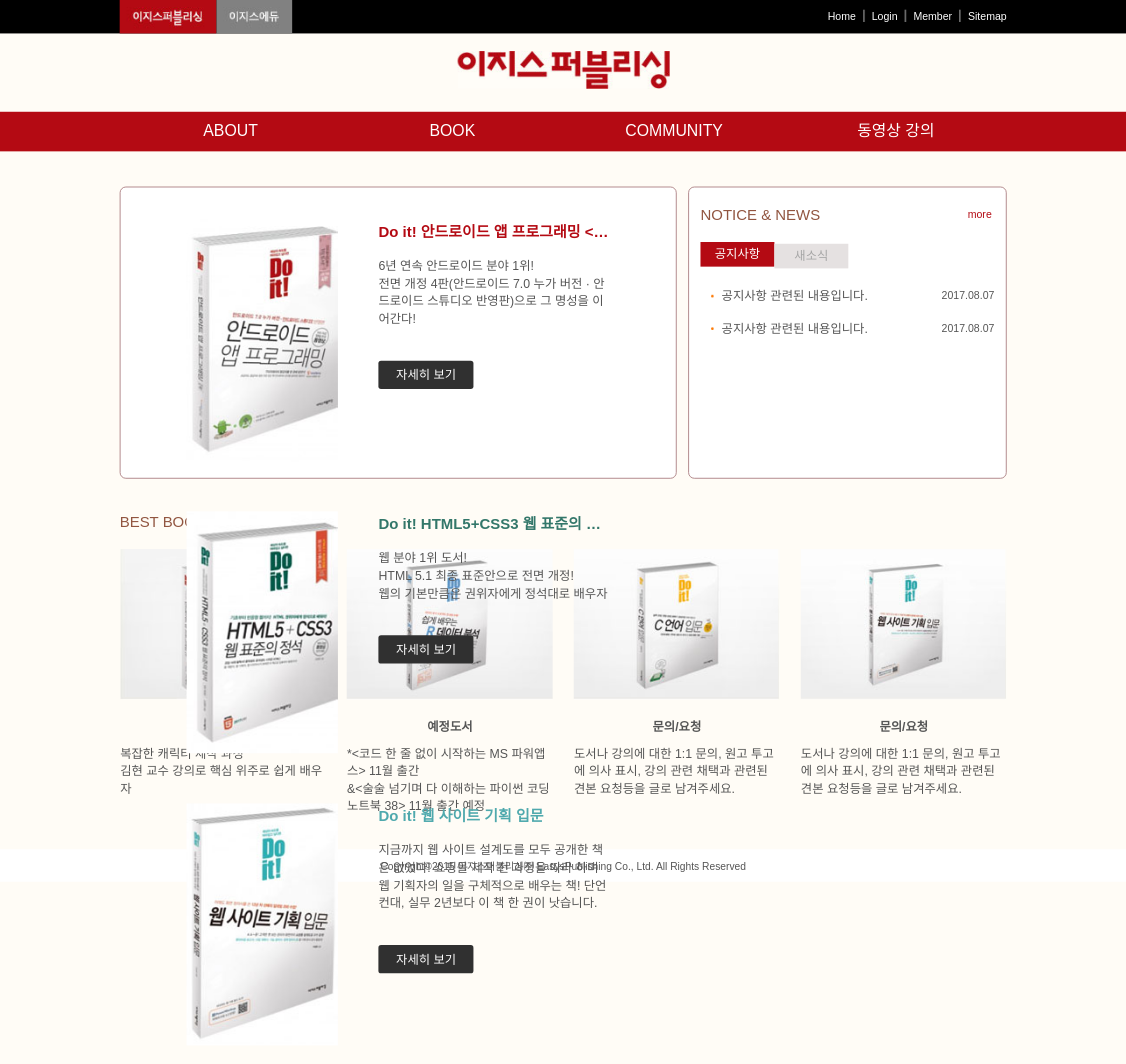
Repository: yeonddu/green_js
Page: pro01/testys/index.html
These files come from the project's save history. The page is drawn as it stood at one moment and after a run of saves; the edit follows.
The browser window is 1280 px wide. The pictures show the whole page, at 88% of full size.

Above is the page before, as saved 2022-12-26 05:14:10.

### pro01/testys/index.html
<!DOCTYPE html>
<html lang="ko">
<head>
<meta charset="UTF-8">
<meta name="viewport" content="width=device-width, user-scalable=no, initial-scale=1.0, maximum-scale=1.0, minimum-scale=1.0">
<title> 이지스 퍼블리싱 | HOME </title>
<link rel="stylesheet" href="css/common.css">
<link rel="stylesheet" href="css/main.css">
<link rel="stylesheet" href="css/section.css">
<script src="js/jquery.js"></script>
<script src="js/jquery.bxslider.min.js"></script>
<script src="js/isotope.pkgd.min.js"></script>
<script src="js/common.js"></script>
<script src="js/main.js"></script>
<!--[if lt IE 9]>
	<script src="js/html5shiv.js"></script>
	<script src="js/PIE.js"></script>
	<script>
		$(function(){
			if (window.PIE) {
				$('.rounded').each(function() {
								PIE.attach(this);
				});
			}
		});
	</script>
	<style>
		body{min-width:1024px;}
	</style>
<![endif]-->
</head>
<body>
	<!--헤더 영역-->
	<div id="header-wrap">
		<header class="header-inner">
			<h1>
				<a href="#">
				<picture>
					<source media="(max-width:800px)" srcset="images/common/logo-white.png">
					<img src="images/common/logo.jpg" alt="이지스 퍼블리싱">
				</picture>
				</a>
			</h1>
			<p class="mobile-menu-open">
				<button>
					<span class="blind">메뉴 열기</span>
					<span></span>
					<span></span>
					<span></span>
				</button>
			</p>
			<div class="mobile-menu-wrap">
				<div class="mobile-menu-scroll">
					<ul class="site-choice">
						<li><a href="#"><img src="images/common/top-tab-1-ov.jpg" alt="이지스 퍼블리싱"></a></li>
						<li><a href="#"><img src="images/common/top-tab-2.jpg" alt="이지스 에듀"></a></li>
					</ul>
					<ul class="util-menu">
						<li><a href="#">Home</a></li>
						<li><a href="#">Login</a></li>
						<li><a href="#">Member</a></li>
						<li><a href="#">Sitemap</a></li>
					</ul>
					<nav id="gnb">
						<h2 class="blind">메인메뉴</h2>
						<ul>
							<li class="m1">
								<a href="#" >ABOUT</a>
								<ul>
									<li><a href="#">이지스 퍼블리싱(주) 소개</a></li>
									<li><a href="#">뉴스와 홍보자료</a></li>
									<li><a href="#">찾아오시는 길</a></li>
								</ul>
							</li>
							<li class="m2">
								<a href="#">BOOK</a>
								<ul>
									<li><a href="#">전체 보기</a></li>
									<li><a href="#">분야별 보기</a></li>
									<li><a href="#">시리즈 보기</a></li>
									<li><a href="#">전자책 보기</a></li>
									<li><a href="#">이지스 에듀 도서 보기</a></li>
								</ul>
							</li>
							<li class="m3">
								<a href="#">COMMUNITY</a>
								<ul>
									<li><a href="#">공지사항</a></li>
									<li><a href="#">뉴스</a></li>
									<li><a href="#">이벤트</a></li>
									<li><a href="#">자료실</a></li>
									<li><a href="#">질문과 답변</a></li>
								</ul>
							</li>
							<li class="m4 no-sub">
											<a href="#">동영상 강의</a>
							</li>
						</ul>
					</nav>
				</div>
				<p class="mobile-menu-close">
					<button>
						<span class="blind">메뉴닫기</span>
						<span></span>
						<span></span>
					</button>
				</p>
			</div>
		</header>
	</div>
	<!--//헤더 영역-->
	<!--콘테이너 영역-->
	<div id="container">
		<section id="main-visual" class="rounded">
			<h3 class="blind">HOT BOOK</h3>
			<ul class="main-visual-slide">
				<li>
					<div class="visual-item-wrap item1">
					<h4 class="visual-title">Do it! 안드로이드 앱 프로그래밍 &lt;전면 개정 4판&gt;</h4>
					<p>
						<span> 6년 연속 안드로이드 분야 1위!<br>
						전면 개정 4판(안드로이드 7.0 누가 버전 · 안드로이드 스튜디오 반영판)으로 그 명성을 이어간다!</span>
					</p>
					<p class="detail-view"><a href="#">자세히 보기</a></p>
					</div>
				</li>
				<li>
					<div class="visual-item-wrap item2">
					<h4 class="visual-title">Do it! HTML5+CSS3 웹 표준의 정석 &lt;개정판&gt;</h4>
					<p>
						<span> 웹 분야 1위 도서! <br>
						HTML 5.1 최종 표준안으로 전면 개정!<br>
						웹의 기본만큼은 권위자에게 정석대로 배우자</span>
					</p>
					<p class="detail-view"><a href="#">자세히 보기</a></p>
					</div>
				</li>
				<li>
					<div class="visual-item-wrap item3">
					<h4 class="visual-title">Do it! 웹 사이트 기획 입문</h4>
					<p>
						<span> 지금까지 웹 사이트 설계도를 모두 공개한 책은 없었다! 쇼핑몰 제작 전 과정을 따라 하며 웹 기획자의 일을 구체적으로 배우는 책! 단언컨대, 실무 2년보다 이 책 한 권이 낫습니다.</span>
					</p>
					<p class="detail-view"><a href="#">자세히 보기</a></p>
					</div>
				</li>
			</ul>
		</section>
		<section id="notice-tab-wrap" class="rounded">
			<h3 class="sec-tit-1">NOTICE &amp; NEWS</h3>
			<h4 class="tab-btn-1"><a href="#" class="on">공지사항</a></h4>
			<div class="tab-container-1">
				<ul>
					<li><a href="#">공지사항 관련된 내용입니다.</a><span>2017.08.07</span></li>
					<li><a href="#">공지사항 관련된 내용입니다.</a><span>2017.08.07</span></li>
				</ul>
				<p class="icon-more"><a href="#">more</a></p>
			</div>
			<h4 class="tab-btn-2"><a href="#">새소식</a></h4>
			<div class="tab-container-2">
				<p class="no-write">등록된 내용이 없습니다.</p>
			</div>
		</section>
		<section id="best-book-wrap">
			<h3 class="sec-tit-1">BEST BOOK</h3>
			<ul class="best-book-list grid">
				<li class="grid-item">
					<p><a href="#"><img src="images/main/main-best-1.jpg" alt=""></a></p>
					<div class="best-book-title">추천강의</div>
					<div class="best-book-contents"><p>복잡한 캐릭터 제작 과정<br>김현 교수 강의로 핵심 위주로 쉽게 배우자</p></div>
				</li>
				<li class="grid-item">
					<p><a href="#"><img src="images/main/main-best-2.jpg" alt=""></a></p>
					<div class="best-book-title">예정도서</div>
					<div class="best-book-contents"><p>*<코드 한 줄 없이 시작하는 MS 파워앱스> 11월 출간<br>&<술술 넘기며 다 이해하는 파이썬 코딩 노트북 38> 11월 출간 예정</div>
				</li>
				<li class="grid-item">
					<p><a href="#"><img src="images/main/main-best-4.jpg" alt=""></a></p>
					<div class="best-book-title">문의/요청</div>
					<div class="best-book-contents"><p>도서나 강의에 대한 1:1 문의, 원고 투고에 의사 표시, 강의 관련 채택과 관련된 견본 요청등을 글로 남겨주세요. </p></div>
				</li>
				<li class="grid-item">
					<p><a href="#"><img src="images/main/main-best-5.jpg" alt=""></a></p>
					<div class="best-book-title">문의/요청</div>
					<div class="best-book-contents"><p>도서나 강의에 대한 1:1 문의, 원고 투고에 의사 표시, 강의 관련 채택과 관련된 견본 요청등을 글로 남겨주세요. </p></div>
				</li>
			</ul>
		</section>
	</div>
	<!--//콘테이너 영역-->
	<!--푸터 영역-->
	<div id="footer-wrap">
		<footer id="footer">
			<small>Copyright&copy;2015 이지스퍼블리싱㈜ EasysPublishing Co., Ltd. All Rights Reserved</small>
		</footer>
	</div>
	<!--//푸터 영역-->
</body>
</html>

### pro01/testys/css/common.css
@charset "utf-8";
@import url(reset.css);
*, *:after, *:before{box-sizing:border-box;}
body{
    background: #fffcf6 url(../images/common/bg-top.png) 0 0 repeat-x;
    font: 14px Malgun Ghothic,"맑은고딕",sans-serif;
    color: #555;
    min-width:320px;
}
#header-wrap{
    background:url(../images/common/bg-gnb.png) 0 100% repeat-x;
    margin-bottom: 40px;
}
.header-inner{
    position: relative;
    height: 172px;
}
.header-inner, #container, #footer{max-width:1008px;margin:0 auto}
#header-wrap h1{text-align:center;padding:58px 0 0;}
.site-choice{position: absolute;left: 0;top: 0;}
.site-choice li{float:left;}
.util-menu{position: absolute;right: 0;top: 0;font-size: 12px;}
.util-menu li{float: left;padding-left: 10px;background: url(../images/common/bar-util.jpg) 0 11px no-repeat;margin-left:8px;}
.util-menu li:first-child{
    background: none;
    margin-left: 0;
    padding: 0;
}
.util-menu a{color: #fff;display: block;height:38px;line-height:38px;}
#gnb{position: absolute;left: 0;bottom: 0;width: 100%;z-index: 100;}
#gnb > ul > li{width:25%;float: left;position: relative;}
#gnb > ul > li > a{color: #fff;font-size:18px;text-align:center;display: block;height:45px;line-height:45px;}
#gnb ul ul{display: none;position: absolute;left:50%;top:45px;width: 180px;margin-left: -90px;background-color: #fff;border: 1px solid #b40a13;border-top: none;border-radius: 0 0 7px 7px;font-size:13px;}
#gnb ul ul a{display: block;height: 40px;line-height: 40px;text-align: center;}
.mobile-menu-open{
    position: absolute;
    right: 10px;
    top: 0;
    display: none;
}
.mobile-menu-open button{
    width: 40px;
    height: 40px;
    background:none;
    border: none;
}
.mobile-menu-open button span:first-child ~ span{
    height: 4px;
    width:30px;
    border-radius: 2px;
    position: absolute;
    background-color: #fff;
    top: 50%;
    left: 50%;
    margin-top: -2px;
    margin-left: -15px;
}
.mobile-menu-open button span:first-child + span{
    margin-top: -13px;
}
.mobile-menu-open button span:first-child + span + span{
    margin-top: 10px;
}
.mobile-menu-close{display: none;position: absolute;top:4px;right: 22px;}

.mobile-menu-close button{
    width: 30px;
    height:30px;
    background: #333;
    border: 1px solid #aaa;
}
.mobile-menu-close button span:first-child ~ span{
    width:26px;
    position: absolute;
    border-bottom: 1px solid #aaa;
    top: 50%;
    left: 50%;
    margin-top: -1px;
    margin-left: -13px;
    transform: rotate(-45deg);
}
.mobile-menu-close button span:first-child + span{
    transform: rotate(45deg);
}
.sec-tit-1{color: #915540;font-size: 17px;margin-bottom: 20px;}
#footer-wrap{
    background-color: #fff;
}
#footer{
    padding: 10px 0;
    text-align: center;
}
/*
PC:1009px~
Tablet:768px ~ 1008px
Mobile:767px;
*/
@media (max-width:1008px) {
    #container{
        padding: 0 10px;
    }
    .site-choice{
        left: 10px;
    }
    .util-menu{
        right: 10px;
    }
}
@media (min-width:801px) and (max-width:1008px) {

}
@media (max-width:800px) {
    #header-wrap{background: none;}
    .header-inner{height: auto;}
    #header-wrap h1{background-color: #b40a13;padding: 0;}
    #header-wrap picture{display: inline-block;width: 30.125%;/*241px*/min-width:145px;padding: 10px 0;}
    .site-choice{position: static;overflow: hidden;background-color: #333;}
    .util-menu{
        position: static;
        font-size: inherit;
    }
    .util-menu li{
        float: none;
        padding: 0;
        margin: 0;
        background: none;
    }
    .mobile-menu-wrap{
        position: fixed;
        left: -1000px;
        top: 0;
        width: 100%;
        height: 100%;
        background-color: #b40a13;
        z-index: 100;
        color: #fff;
    }
    .mobile-menu-scroll{
        height: 100%;
        overflow-y: auto;
    }
    #gnb{position: static;}
    #gnb ul li{float: none;margin:0;width: auto;}
    #gnb ul li a{color: inherit;font-size: inherit;text-align: left;}
    .util-menu a, #gnb > ul > li > a, #gnb ul ul a{height:40px;line-height:40px;display: block;padding:0 15px;}
    .util-menu a,
    #gnb > ul > li > a{border-bottom: 1px solid #d00;position: relative;}
    #gnb > ul > li > a.on{background-color: #222;border-bottom: 1px solid #222;}
    #gnb > ul > li > a:after{
        content: "";
        display: inline-block;
        width: 10px;
        height: 10px;
        border-top: 1px solid #fff;
        border-right: 1px solid #fff;
        transform-origin: 100% 50%;
        transform: rotate(135deg);
        position: absolute;
        right: 17px;top: 16px;
        margin-right: 7px;
    }
    #gnb > ul > li.no-sub > a:after{
        content: none;
    }
    #gnb > ul > li > a.on:after{
        transform: rotate(-45deg);
        margin-right: 0;
    }
    #gnb ul ul{display: block;position: static;width: auto;margin:0;border-radius:0;border: none;background: none;background-color: #333;
    display: none;
    }
    /*#gnb > ul > li > a.on + ul {display: block;}*/
    #gnb ul ul a{border-bottom: 1px solid #444;}
    .mobile-menu-close, .mobile-menu-open{display: block;}

}

### pro01/testys/css/section.css
@charset "EUC-KR";
.best-book-title {
	text-align:center;
	font-weight:bold;
	margin:10px;
}
.best-book-contents {
	font-size:14px;
}

### pro01/testys/css/reset.css
@charset "utf-8";
body,button,dd,dl,dt,fieldset,form,h1,h2,h3,h4,h5,h6,input,legend,
li,ol,p,select,table,td,textarea,th,ul{margin:0;padding:0}
body,button,input,select,table,textarea{font-size:12px;
font-family:Dotum,'돋움',Helvetica,"AppleSDGothicNeo",sans-serif}
fieldset,img{border:0;vertical-align:middle}
img, video{max-width:100%}
ol,ul{list-style:none}
address,em{font-style:normal}
h1,h2,h3,h4,h5,h6{font-size:100%;font-weight: normal}
a{text-decoration:none;color:inherit}
a:hover{text-decoration:underline}
.blind{position:absolute;overflow:hidden;clip:rect(0000);
margin:-1px;width:1px;height:1px}
html{overflow-y:scroll}
input[type="button"], button{cursor: pointer;}

### pro01/testys/css/modal.css
@charset "EUC-KR";

      .modal {
        position: absolute;
        top: 0;
        left: 0;

        width: 100%;
        height: 100%;

        display: none;

        background-color: rgba(0, 0, 0, 0.4);
      }

      .modal.show {
        display: block;
      }

      .modal_body {
        position: absolute;
        top: 50%;
        left: 50%;

        width: 800px;
        height: 600px;

        /* padding: 40px; */

        /* text-align: center; */

        background-color: rgb(255, 255, 255);
        border-radius: 10px;
        box-shadow: 0 2px 3px 0 rgba(34, 36, 38, 0.15);

        transform: translateX(-50%) translateY(-50%);
      }
      .m_head{
        height: 10%;
        padding: 20px;
        display: flex;
        justify-content: space-between;
        background-color:#e7e5e5;
        border-top-left-radius: 10px;
        border-top-right-radius: 10px;
      }
      .m_body{
        height: 80%;
        padding: 20px;
      }
      .m_footer{
        height: 10%;
        padding: 15px;
        background-color:#e7e5e5;
        border-bottom-left-radius: 10px;
        border-bottom-right-radius: 10px;
        display: flex;
        justify-content: end;
      }
      .modal_title{
        font-size: 18px;
        color: gray;
        font-weight: 500;
      }
      .close_btn{
        font-size: 20px;
        color: rgb(139, 139, 139);
        font-weight: 900;
        cursor: pointer;
      }
      .modal_label{
        padding-top: 10px;
      }
      .input_box{
        width: 100%;
        border: 1px solid rgb(189, 189, 189);
        height: 30px;
      }
      .modal_btn{
        width: 80px;
        height: 30px;
        border-radius: 5px;
        text-align: center;
        font-size: 14px;
        font-weight: bolder;
        padding-top: 5px;
        margin-left: 5px;
        font-family: sans-serif;
      }
      .cancle{
        background-color: white;
        color: black;
      }
      .save{
        background-color: rgb(50, 77, 158);
        color: white;
      }

Loaded but not shown: pro01/testys/js/jquery.js (library); pro01/testys/js/jquery.bxslider.min.js (library); pro01/testys/js/isotope.pkgd.min.js (library); pro01/testys/js/common.js (8 lines, source omitted); pro01/testys/css/main.css (237 lines, source omitted); pro01/testys/js/main.js (no copy from this time; the picture is the same without it)

After the next 2 saves:
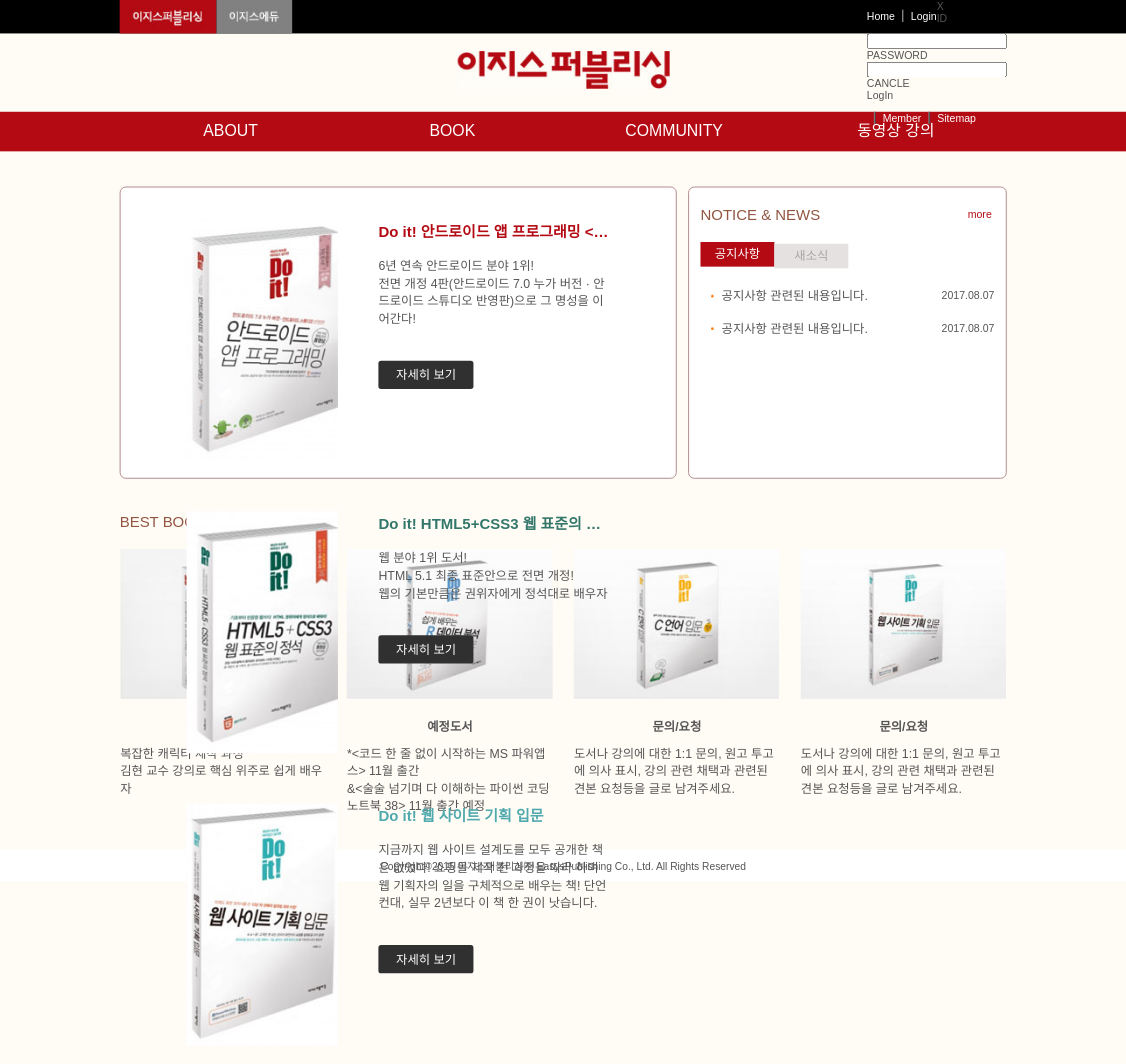
The 2 saves are shown as one change because they came seconds apart.
The last was saved 28 s later.
--- a/pro01/testys/index.html
+++ b/pro01/testys/index.html
@@ -58,6 +58,24 @@
 					<ul class="util-menu">
 						<li><a href="#">Home</a></li>
 						<li><a href="#">Login</a></li>
+						<div class="modal" id="modal">
+						  <div class="modal_body">
+						    <div class="m_head">
+						      <div class="close_btn" id="close_btn">X</div>
+						    </div>
+						    <div class="m_body">
+						      <div class="modal_label">ID</div>
+						      <input type="text" class="input_box" id="name_box"/>
+						      <div class="modal_label">PASSWORD</div>
+						      <input type="password" class="input_box" id="des_box"/>
+						    </div>
+						    <div class="m_footer">
+						      <div class="modal_btn cancle" id="close_btn">CANCLE</div>
+						      <div class="modal_btn save" id="save_btn">LogIn</div>
+						    </div>
+						  </div>
+						</div>
+
 						<li><a href="#">Member</a></li>
 						<li><a href="#">Sitemap</a></li>
 					</ul>
@@ -93,7 +111,7 @@
 								</ul>
 							</li>
 							<li class="m4 no-sub">
-											<a href="#">동영상 강의</a>
+								<a href="#">동영상 강의</a>
 							</li>
 						</ul>
 					</nav>

After the 2 saves that followed:
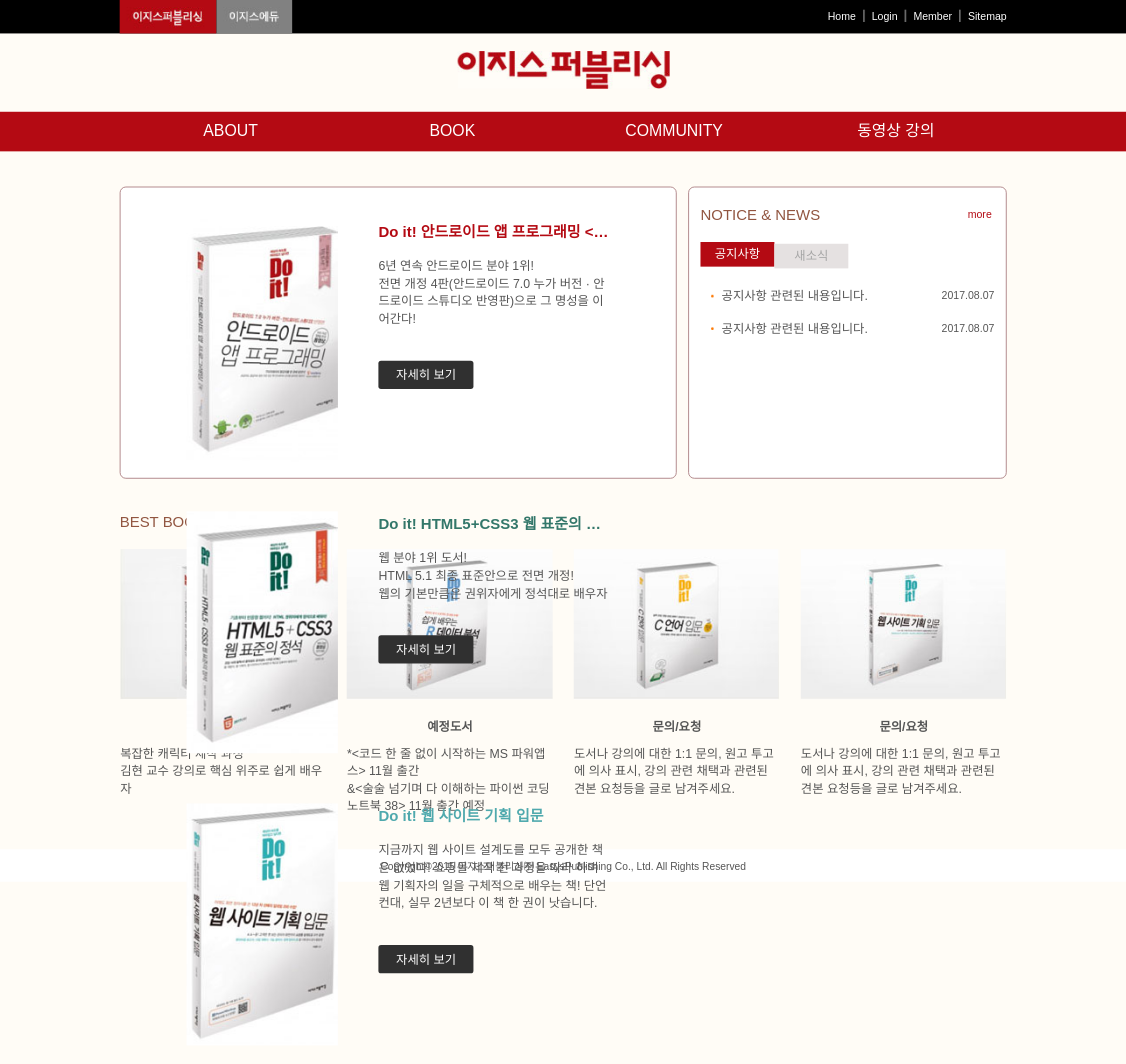
The 2 saves are shown as one change because 1 left the picture as it was.
The last was saved 58 s later.
--- a/pro01/testys/index.html
+++ b/pro01/testys/index.html
@@ -7,6 +7,7 @@
 <link rel="stylesheet" href="css/common.css">
 <link rel="stylesheet" href="css/main.css">
 <link rel="stylesheet" href="css/section.css">
+<link rel="stylesheet" href="css/modal.css">
 <script src="js/jquery.js"></script>
 <script src="js/jquery.bxslider.min.js"></script>
 <script src="js/isotope.pkgd.min.js"></script>
@@ -57,7 +58,7 @@
 					</ul>
 					<ul class="util-menu">
 						<li><a href="#">Home</a></li>
-						<li><a href="#">Login</a></li>
+						<li class="btn" id="add-btn" ><a href="#">Login</a></li>
 						<div class="modal" id="modal">
 						  <div class="modal_body">
 						    <div class="m_head">
